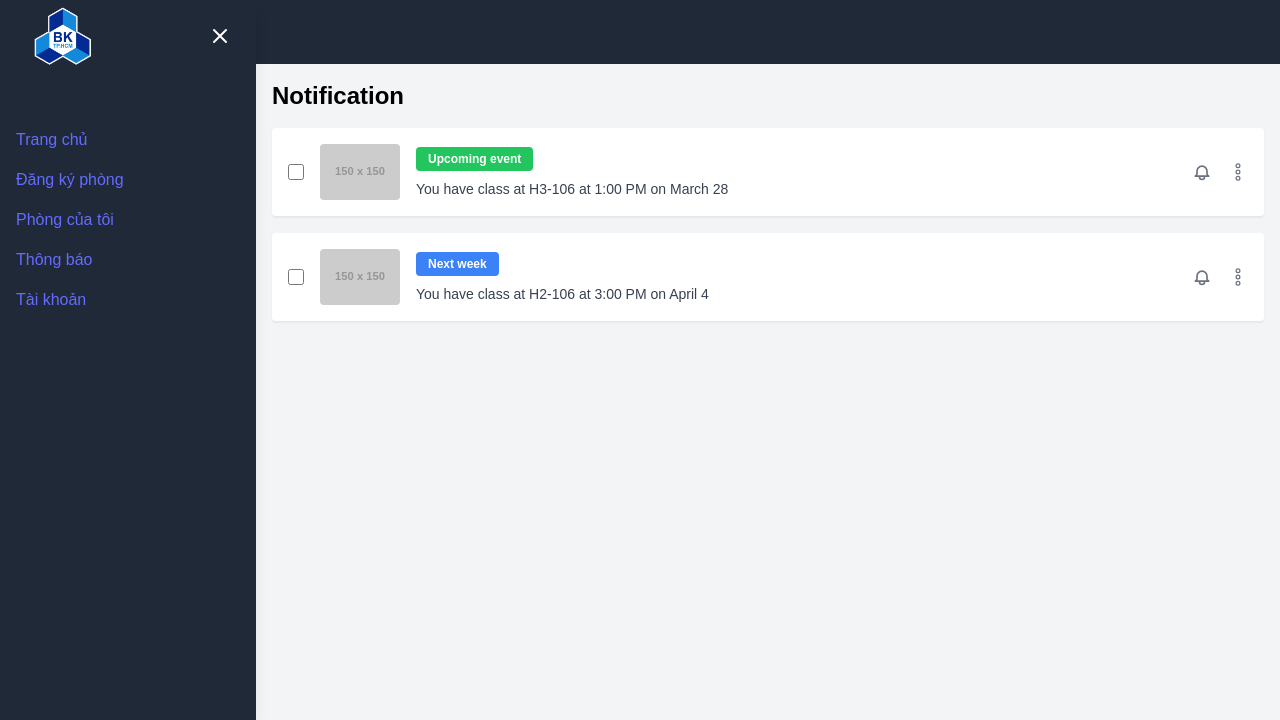
Repository: CNPM-S3MRS/frontend-web
Page: /notification
These files come from the project's save history. The page is drawn as it stood at one moment and after the next save; the edit follows.
The browser window is 1280 px wide. The pictures show the whole page.
The project was rebuilt for these pictures with package versions that can differ from the ones it lists, and the page was loaded fresh each time. Also part of the build but not shown: vite.config.js, src/pages/auth/Login.jsx.

Above is the page before, as saved 2025-04-09 02:44:40.

After the next save:
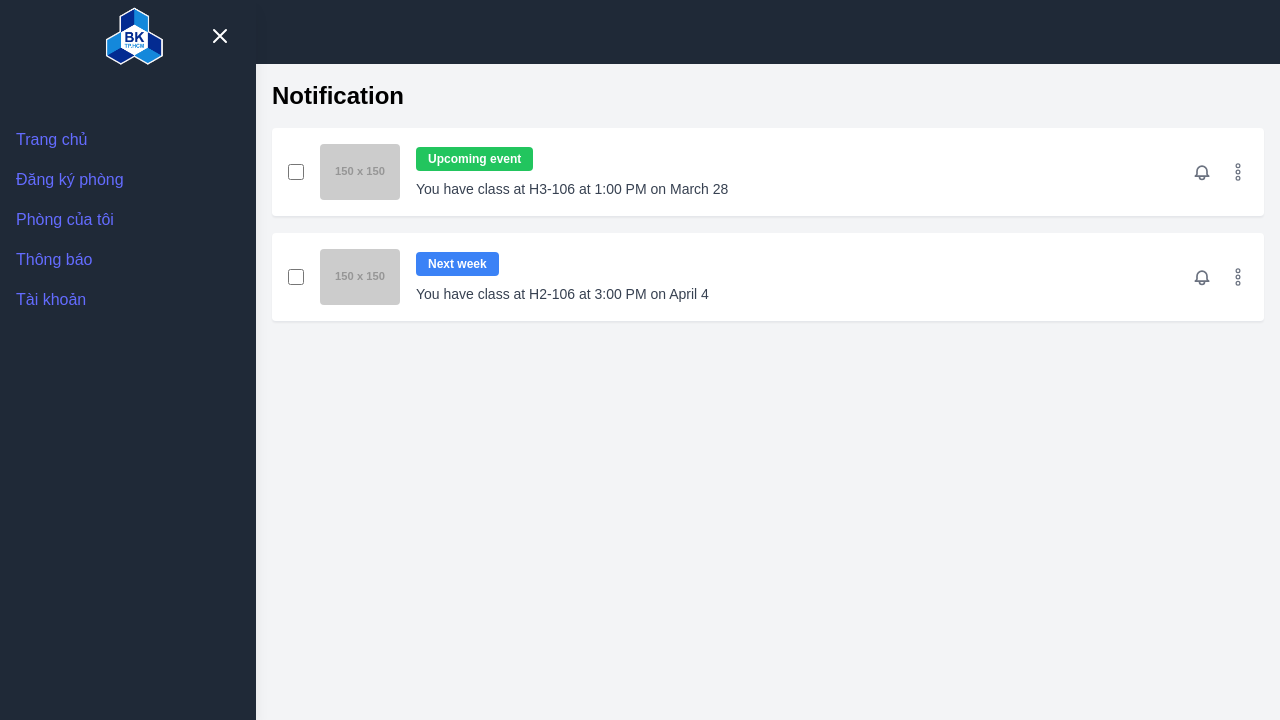
Saved 7 s later.
--- a/src/components/bars/Sidebar.jsx
+++ b/src/components/bars/Sidebar.jsx
@@ -8,7 +8,7 @@
         isSidebarOpen ? "translate-x-0" : "-translate-x-full"
       } transition-transform duration-300`}
     >
-      <div className="flex items-center place-items-center">
+      <div className="place-items-center">
         <img src={LogoBK} alt="Logo" className="w-17 h-20 object-contain" />
       </div>
       {/* Close Button */}
